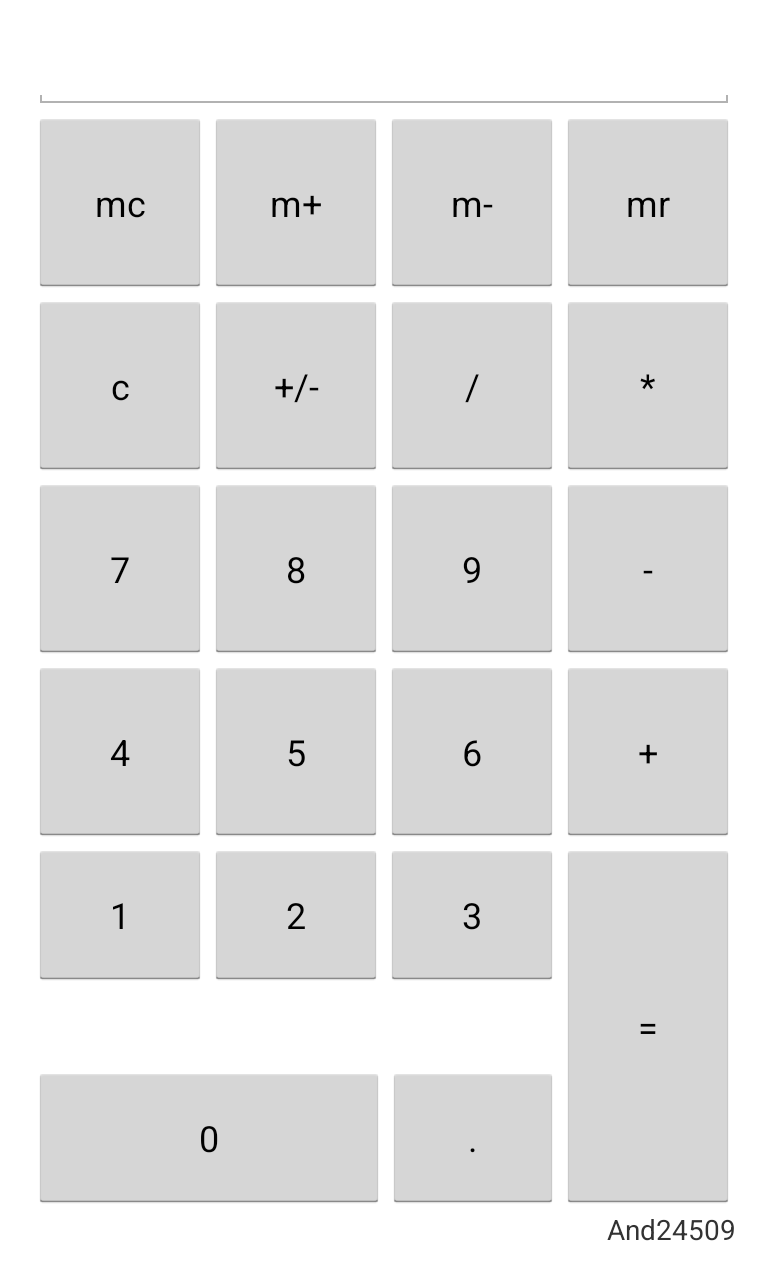
Repository: ericluo1123/myAndroidCode
Layout: myHomeWork/res/layout/activity_main.xml
These files come from the project's save history. The layout is drawn as it stood at one moment and after the next save; the edit follows.
It is drawn on a 768 x 1280 px phone screen (xhdpi) without system bars, with theme AppTheme; the app's code is not run.

Above is the layout before, as saved 2014-09-30 12:02:44.

After the next save:
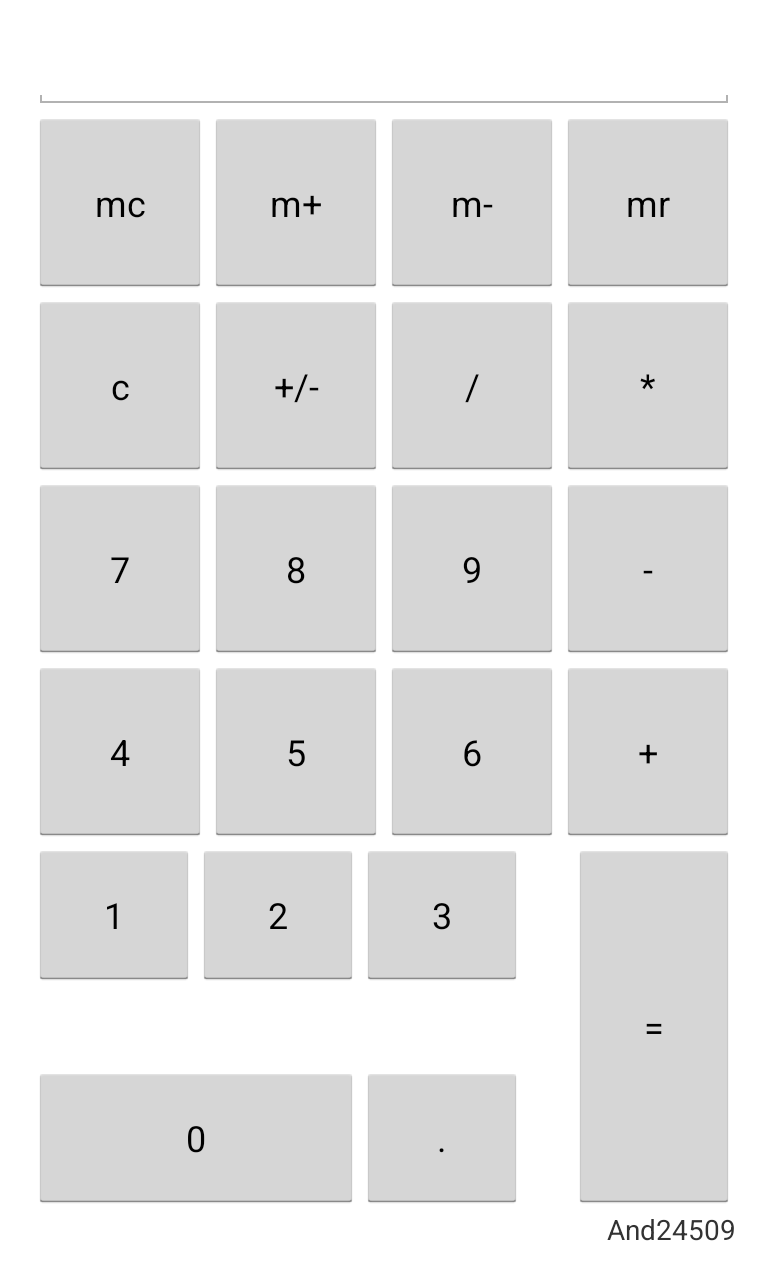
Saved 2 min 29 s later.
--- a/myHomeWork/res/layout/activity_main.xml
+++ b/myHomeWork/res/layout/activity_main.xml
@@ -189,7 +189,7 @@
 
                 <Button
                     android:id="@+id/button17"
-                    android:layout_width="88dp"
+                    android:layout_width="82dp"
                     android:layout_height="72dp"
                     android:layout_alignParentLeft="true"
                     android:layout_alignParentTop="true"
@@ -197,7 +197,7 @@
 
                 <Button
                     android:id="@+id/button18"
-                    android:layout_width="88dp"
+                    android:layout_width="82dp"
                     android:layout_height="72dp"
                     android:layout_alignParentTop="true"
                     android:layout_toRightOf="@+id/button17"
@@ -205,7 +205,7 @@
 
                 <Button
                     android:id="@+id/button19"
-                    android:layout_width="88dp"
+                    android:layout_width="82dp"
                     android:layout_height="72dp"
                     android:layout_alignParentTop="true"
                     android:layout_toRightOf="@+id/button18"
@@ -230,7 +230,7 @@
 
                 <Button
                     android:id="@+id/button21"
-                    android:layout_width="87dp"
+                    android:layout_width="82dp"
                     android:layout_height="72dp"
                     android:layout_alignParentBottom="true"
                     android:text="." />
@@ -245,7 +245,7 @@
 
                 <Button
                     android:id="@+id/button22"
-                    android:layout_width="88dp"
+                    android:layout_width="82dp"
                     android:layout_height="wrap_content"
                     android:layout_alignParentBottom="true"
                     android:layout_alignParentLeft="true"
@@ -261,7 +261,7 @@
 
                 <Button
                     android:id="@+id/button20"
-                    android:layout_width="177dp"
+                    android:layout_width="164dp"
                     android:layout_height="72dp"
                     android:layout_alignParentBottom="true"
                     android:text="0" />
